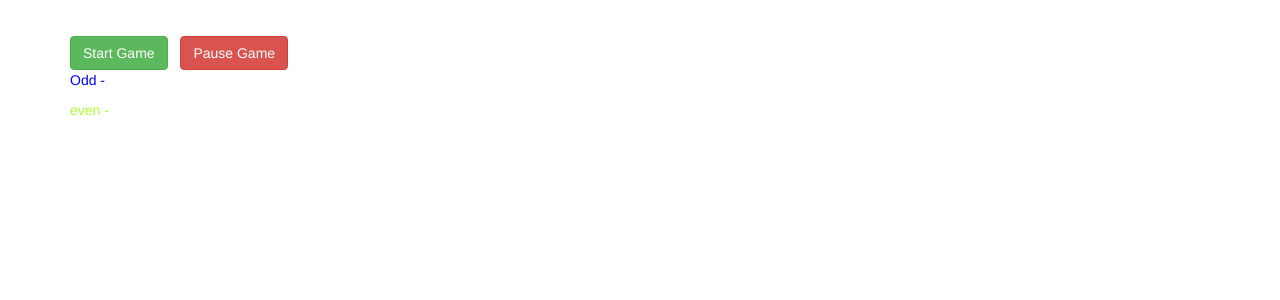
Repository: Shtaiwee1/Angular-JS
Page: / (app in EventBindingandEncapsulation/EventBindingViewEncapsulation_2/practice/)
An editor plug-in stored every save of this project. The page is shown before and after the next save, followed by the edit.
The browser window is 1280 px wide. The pictures show the whole page.
The project was rebuilt for these pictures with package versions that can differ from the ones it lists, and the page was loaded fresh each time. Also part of the build but not shown: EventBindingandEncapsulation/EventBindingViewEncapsulation_2/practice/angular.json.

Above is the page before, as saved 2022-07-07 16:33:46.

After the next save:
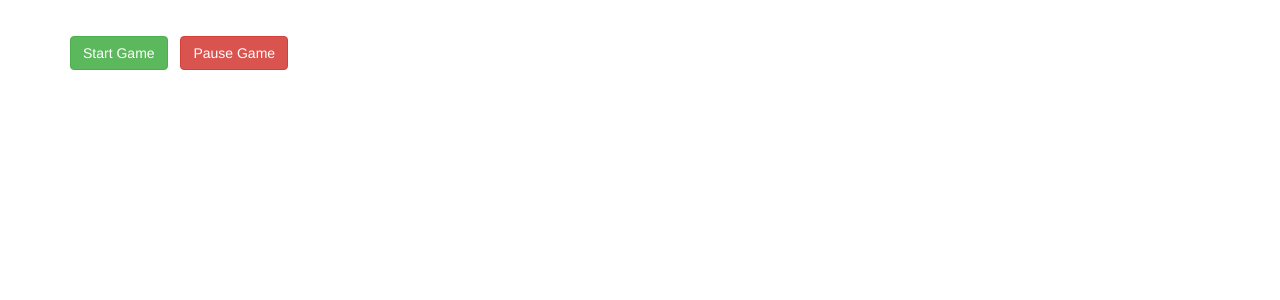
Saved 55 s later.
--- a/EventBindingandEncapsulation/EventBindingViewEncapsulation_2/practice/src/app/app.component.html
+++ b/EventBindingandEncapsulation/EventBindingViewEncapsulation_2/practice/src/app/app.component.html
@@ -4,10 +4,10 @@
       <app-game-control (IntervalFired)="onIntervalFired($event)"></app-game-control>
     </div>
     <div class="col-xs-12 ">
-      <app-odd></app-odd>
+      <app-odd *ngFor="let oddNumber of oddNumbers"></app-odd>
     </div>
     <div class="col-xs-12 ">
-      <app-even></app-even>
+      <app-even *ngFor="let evenNumber of evenNumbers"></app-even>
     </div>
   </div>
 </div>
